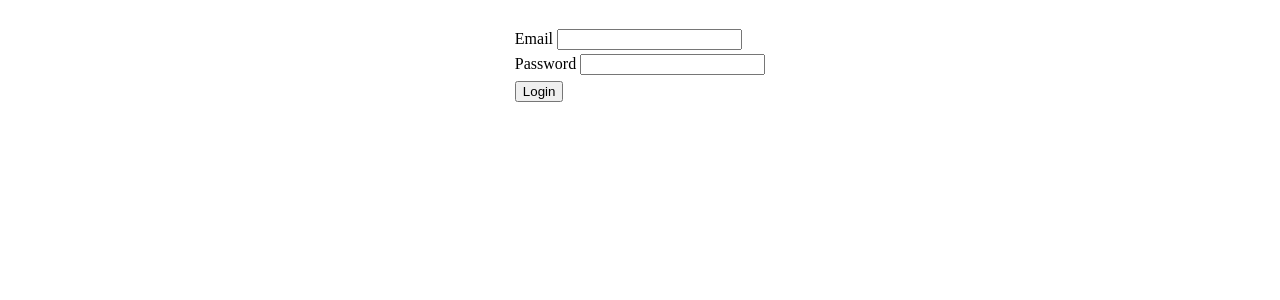
Repository: sachinkolhe43/dmc_code
Page: adt__/VendorNAdmin/src/main/resources/static/login.html
The author's editor kept a copy of each file at every save. The page is drawn from the files as they stood at one save, then again after the next save.
The browser window is 1280 px wide. The pictures show the whole page.

Above is the page before, as saved 2023-05-28 07:19:44.

After the next save:
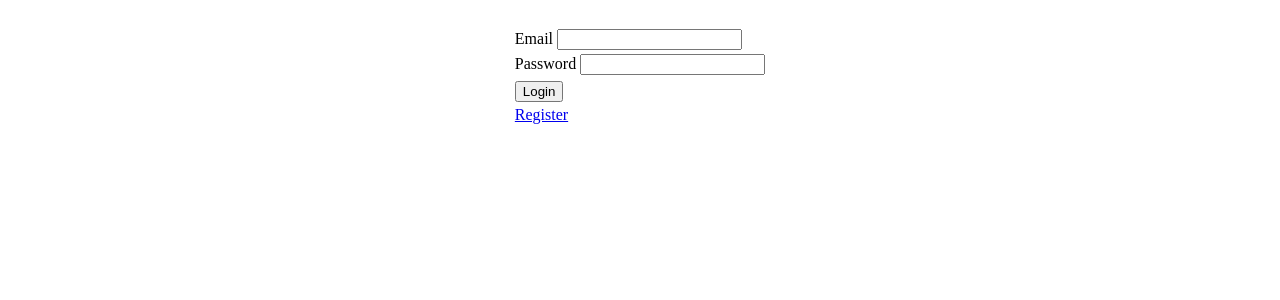
Saved 99 s later.
--- a/adt__/VendorNAdmin/src/main/resources/static/login.html
+++ b/adt__/VendorNAdmin/src/main/resources/static/login.html
@@ -18,6 +18,9 @@
 		<tr>
 			<td><button type="submit">Login</button></td>
 		</tr>
+		<tr>
+		<td><a href="register">Register</a>
+		</tr>
 		</table>
 		</form>
 	</div>
